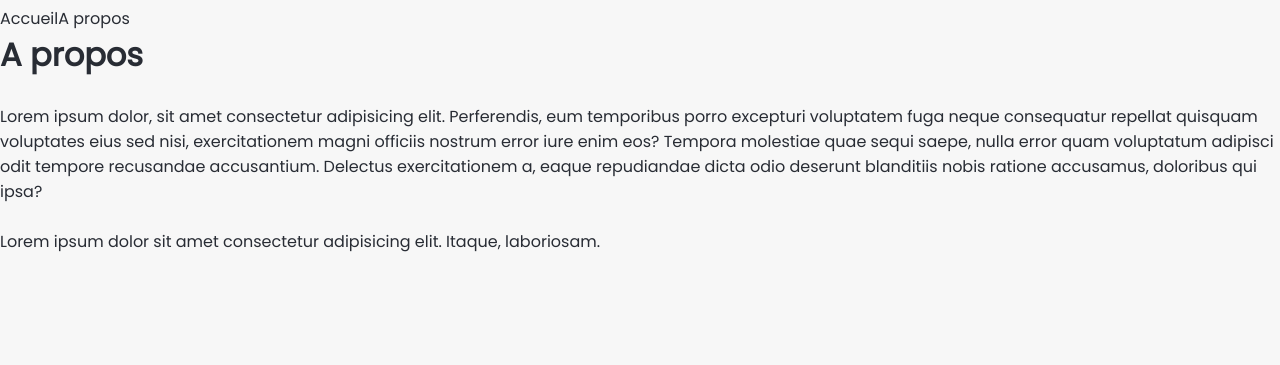
Repository: ahthionkevin/pays
Page: /about
These files come from the project's save history. The page is drawn as it stood at one moment and after the next save; the edit follows.
The browser window is 1280 px wide. The pictures show the whole page.
The project was rebuilt for these pictures with package versions that can differ from the ones it lists, and the page was loaded fresh each time. A package was used in the major version that the imports need, not the one package.json lists. Also part of the build but not shown: src/page/Home.jsx, src/page/NotFound.jsx.

Above is the page before, as saved 2021-06-16 18:38:28.

### src/styles/index.scss
@import "./settings";
@import "./components/navigation";

### src/App.js
import React from 'react';
import { BrowserRouter, Switch, Route } from 'react-router-dom';
import About from './page/About';
import Home from './page/Home';
import NotFound from './page/NotFound';

const App = () => {
  return (
    <BrowserRouter>
      <Switch>
        <Route path="/" exact component={Home}></Route>
        <Route path="/about" exact component={About}></Route>
        <Route component={NotFound}></Route>
      </Switch>
    </BrowserRouter>
  );
};

export default App;

### src/styles/_settings.scss
@import url("https://fonts.googleapis.com/css2?family=Poppins:wght@400&display=swap");

$font-1: "Poppins", sans-serif;

$color-1: #61dafb;
$color-2: #f7f7f7;
$color-3: #282c34;
$color-4: rgb(32, 35, 42);

* {
  box-sizing: border-box;
  margin: 0;
  padding: 0;
}
body {
  margin: 0.4rem auto;
  max-width: 1296px;
  font-family: $font-1;
  color: $color-3;
  background-color: $color-2;
}
li {
  list-style-type: none;
}
a {
  text-decoration: none;
  color: $color-3;
  cursor: pointer;
}
a:visited {
  color: $color-3;
}

### src/styles/components/_navigation.scss
.navigation{

}

### src/page/About.jsx
import React from 'react';
import Navigation from '../components/Navigation';

const About = () => {
    return (
        <div>
            <Navigation/>
            <h1>A propos</h1>
            <br />
            <p>Lorem ipsum dolor, sit amet consectetur adipisicing elit. Perferendis, eum temporibus porro excepturi voluptatem fuga neque consequatur repellat quisquam voluptates eius sed nisi, exercitationem magni officiis nostrum error iure enim eos? Tempora molestiae quae sequi saepe, nulla error quam voluptatum adipisci odit tempore recusandae accusantium. Delectus exercitationem a, eaque repudiandae dicta odio deserunt blanditiis nobis ratione accusamus, doloribus qui ipsa?</p>
            <br />
            <p>Lorem ipsum dolor sit amet consectetur adipisicing elit. Itaque, laboriosam.</p>
        </div>


    );
};

export default About;

### src/components/Navigation.jsx
import React from 'react';
import { NavLink } from 'react-router-dom';

const Navigation = () => {
    return (
        <div className="navigation">
            <NavLink exact to="/">Accueil</NavLink>
            <NavLink exact to="/about">A propos</NavLink>
        </div>
    );
};

export default Navigation;

Loaded but not shown: public/index.html (common file); src/index.js (common file); src/reportWebVitals.js (common file)

After the next save:
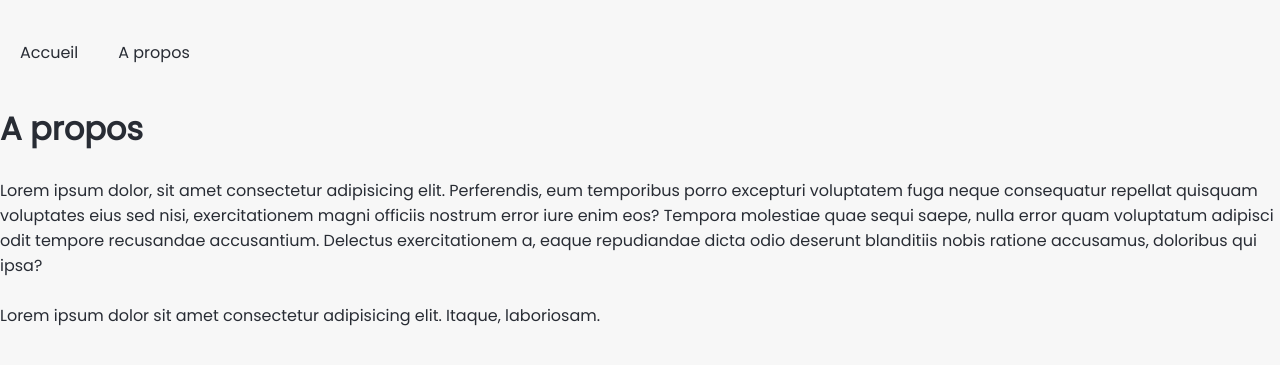
Saved 115 s later.
--- a/src/styles/components/_navigation.scss
+++ b/src/styles/components/_navigation.scss
@@ -1,3 +1,12 @@
 .navigation{
+    margin: 20px 0;
+    display: flex;
+
+    a{
+        margin: 10px;
+        padding: 10px;
+        position: relative;
+
+    }
 
 }
